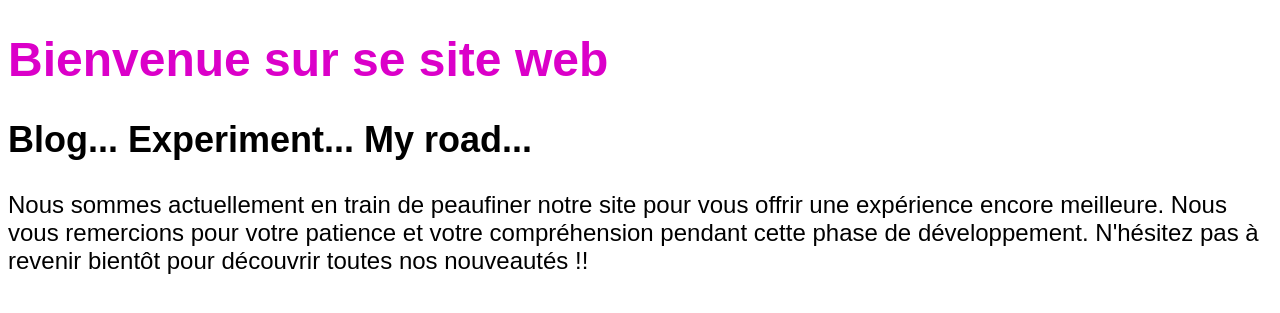
Repository: ValetteEvan/PersonalWebApp
Page: index.html
The author's editor kept a copy of each file at every save. The page is drawn from the files as they stood at one save, then again after the next save.
The browser window is 1280 px wide. The pictures show the whole page.

Above is the page before, as saved 2025-01-07 17:48:28.

### index.html
<!DOCTYPE html>
<html>

    <head>
        <meta charset="utf-8" />
        <title>Valette Evan</title>
        <link href="style.css" rel="stylesheet">
        <link rel="font_original" href="https://fonts.googleapis.com">
    </head>

    <body>
        <div class="webGlobal">
            <h1>Bienvenue sur se site web</h1>
            <h2>Blog... Experiment... My road...</h2>
                <p class="firstParagraph">Nous sommes actuellement en train de peaufiner notre site pour
                 vous offrir une expérience encore meilleure. Nous vous remercions
                 pour votre patience et votre compréhension pendant cette phase de
                 développement. N'hésitez pas à revenir bientôt pour découvrir toutes nos nouveautés !!
                </p>
        </div>
    </body>
</html>

### style.css
.webGlobal{
    font-family:'font_original',sans-serif;
    font-size: 1.5em;
    color: rgb(0, 0, 0);
}

h1 {

    color: rgb(219, 0, 201);
}

After the next save:
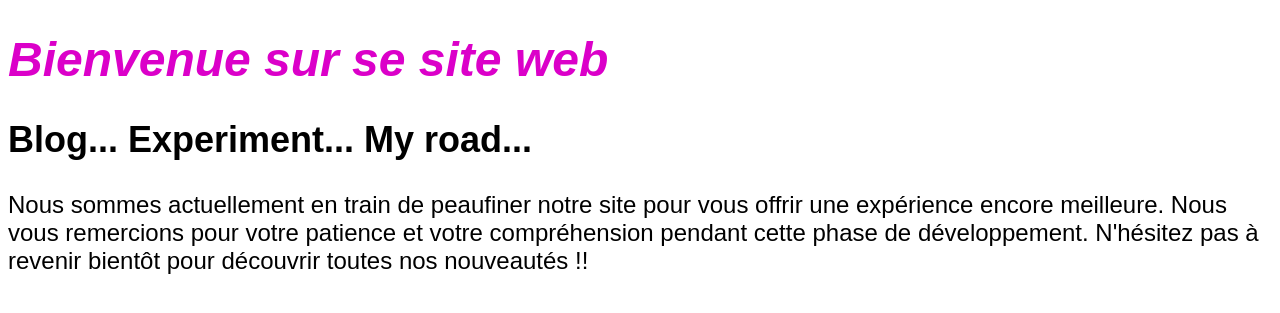
Saved 7 s later.
--- a/style.css
+++ b/style.css
@@ -5,6 +5,6 @@
 }
 
 h1 {
-
+   font-style: italic;
     color: rgb(219, 0, 201);
 }

After the save that followed:
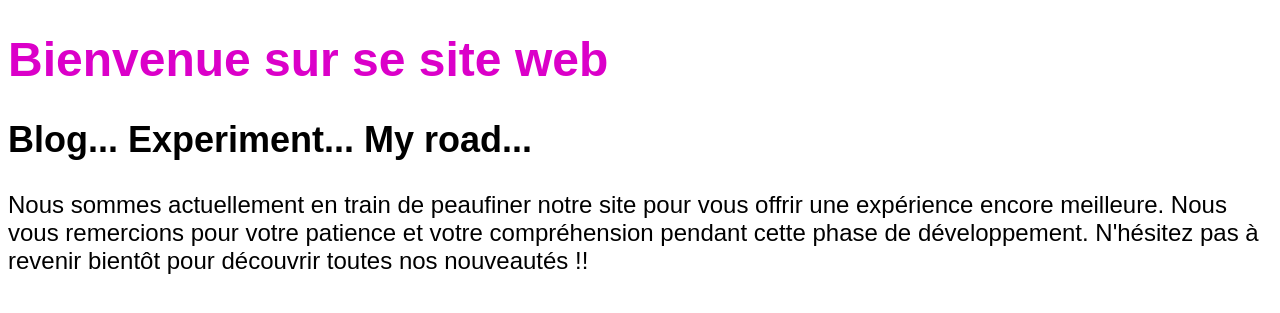
Saved 21 s later.
--- a/style.css
+++ b/style.css
@@ -5,6 +5,6 @@
 }
 
 h1 {
-   font-style: italic;
+   font-style: bolt;
     color: rgb(219, 0, 201);
 }
